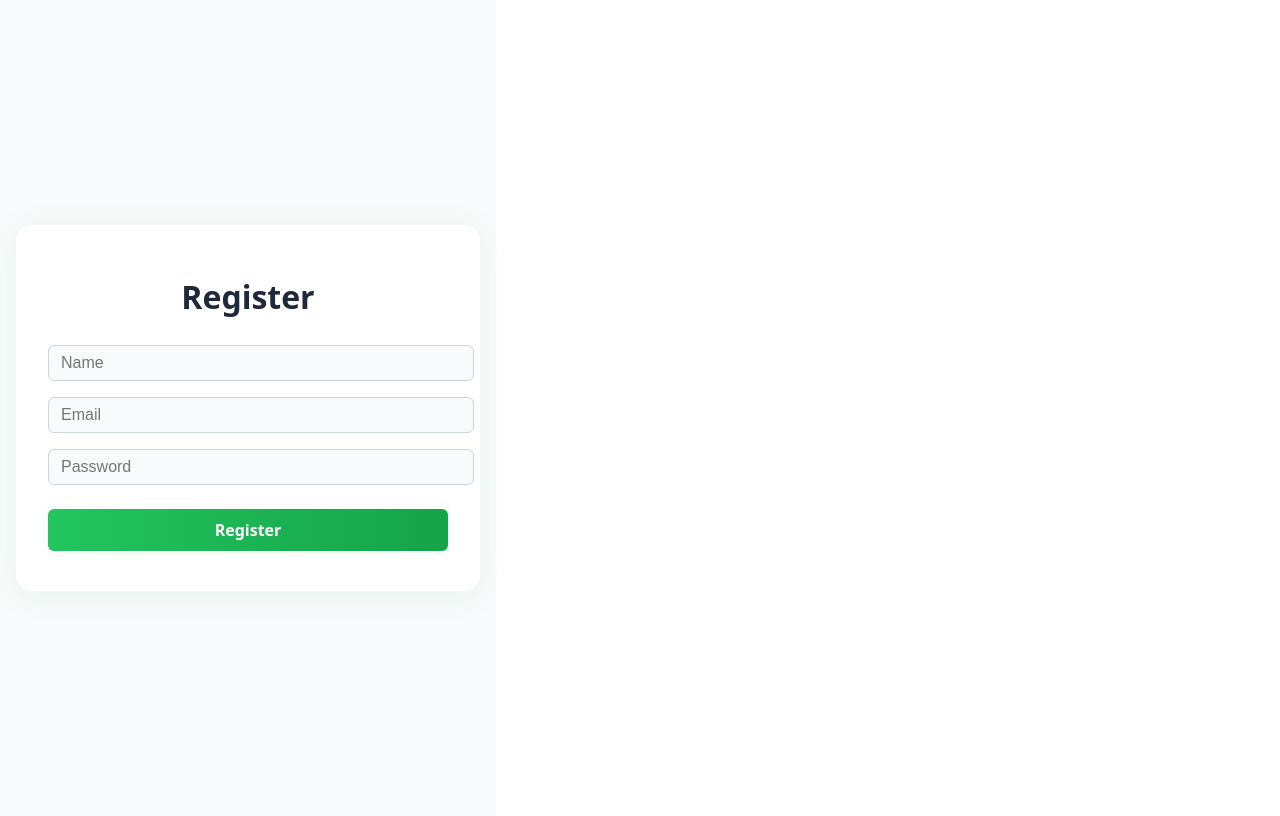
Repository: him021204/Task-Manager
Page: /register (app in client/)
These files come from the project's save history. The page is drawn as it stood at one moment and after the next save; the edit follows.
The browser window is 1280 px wide. The pictures show the whole page.
The page's requests for data from a server got no answer. The project was rebuilt for these pictures with package versions that can differ from the ones it lists, and the page was loaded fresh each time. Some packages were replaced by stand-ins written for this rebuild. No one was signed in, and anything a server would have sent is missing. Also part of the build but not shown: client/vite.config.js, client/src/pages/Dashboard.css, client/src/pages/Dashboard.jsx, client/src/pages/Login.css, client/src/pages/Login.jsx, client/src/pages/Analytics.jsx, client/src/pages/CalendarView.jsx.

Above is the page before, as saved 2025-06-15 16:57:37.

### client/src/App.jsx
import { BrowserRouter as Router, Routes, Route } from 'react-router-dom';
import { SocketProvider } from './context/SocketContext';
import { AuthProvider } from './context/AuthContext';
import Home from './pages/Home';
import Dashboard from './pages/Dashboard';
import Login from './pages/Login';
import Register from './pages/Register';
import Analytics from './pages/Analytics';
import CalendarView from './pages/CalendarView';
import { ToastContainer } from 'react-toastify';
import 'react-toastify/dist/ReactToastify.css';

const App = () => {
  // You can also remove the dark state if not needed
  // const [dark, setDark] = useState(false);
  return (
    <div className="min-h-screen bg-gray-100 text-black">
      <AuthProvider>
        <SocketProvider>
          <Router>
            <main className="pt-12 px-2 max-w-7xl mx-auto">
              <Routes>
                <Route path="/" element={<Home />} />
                <Route path="/dashboard" element={<Dashboard />} />
                <Route path="/login" element={<Login />} />
                <Route path="/register" element={<Register />} />
                <Route path="/analytics" element={<Analytics />} />
                <Route path="/calendar" element={<CalendarView />} />
              </Routes>
            </main>
          </Router>
          <ToastContainer position="top-right" autoClose={3000} />
        </SocketProvider>
      </AuthProvider>
    </div>
  );
};

export default App;

### client/src/context/SocketContext.jsx
import { createContext, useContext, useEffect } from 'react';
import { socket } from '../utils/socket';

const SocketContext = createContext();

export const SocketProvider = ({ children }) => {
  useEffect(() => {
    return () => socket.disconnect();
  }, []);

  return (
    <SocketContext.Provider value={socket}>
      {children}
    </SocketContext.Provider>
  );
};

export const useSocket = () => useContext(SocketContext);

### client/src/context/AuthContext.jsx
import { createContext, useContext, useEffect, useState } from 'react';
import axios from 'axios';

export const AuthContext = createContext();

export const AuthProvider = ({ children }) => {
  const [user, setUser] = useState(null);
  const [token, setToken] = useState(localStorage.getItem('token'));

  useEffect(() => {
    if (token) {
      axios.defaults.headers.common['Authorization'] = `Bearer ${token}`;
      setUser(JSON.parse(localStorage.getItem('user')));
    }
  }, [token]);

  const login = (data) => {
    localStorage.setItem('token', data.token);
    localStorage.setItem('user', JSON.stringify(data.user));
    setUser(data.user);
    setToken(data.token);
  };

  const logout = () => {
    localStorage.clear();
    setUser(null);
    setToken(null);
  };

  return (
    <AuthContext.Provider value={{ user, login, logout }}>
      {children}
    </AuthContext.Provider>
  );
};

export const useAuth = () => useContext(AuthContext);

### client/src/pages/Register.jsx
import { useState } from 'react';
import axios from 'axios';
import { useNavigate } from 'react-router-dom';
import './Register.css';

const Register = () => {
  const [form, setForm] = useState({ name: '', email: '', password: '' });
  const navigate = useNavigate();

  const handleSubmit = async (e) => {
    e.preventDefault();
    await axios.post('http://localhost:5000/api/auth/register', form);
    navigate('/login');
  };

  return (
    <div className="register-bg">
      <form onSubmit={handleSubmit} className="register-form">
        <h2 className="register-title">Register</h2>
        <input
          className="register-input"
          type="text"
          placeholder="Name"
          onChange={e => setForm({ ...form, name: e.target.value })}
        />
        <input
          className="register-input"
          type="email"
          placeholder="Email"
          onChange={e => setForm({ ...form, email: e.target.value })}
        />
        <input
          className="register-input"
          type="password"
          placeholder="Password"
          onChange={e => setForm({ ...form, password: e.target.value })}
        />
        <button className="register-btn" type="submit">Register</button>
      </form>
    </div>
  );
};

export default Register;

### client/src/pages/Register.css
.register-bg {
  min-height: 100vh;
  display: flex;
  align-items: center;
  justify-content: center;
  background: #f9fafb;
  padding: 3rem 1rem;
}

.register-form {
  width: 100%;
  max-width: 400px;
  background: #fff;
  border-radius: 1rem;
  box-shadow: 0 4px 32px rgba(34, 197, 94, 0.08);
  padding: 2.5rem 2rem;
  margin: 0 auto;
}

.register-title {
  margin-top: 0.5rem;
  text-align: center;
  font-size: 2rem;
  font-weight: 800;
  color: #1e293b;
  margin-bottom: 1.5rem;
}

.register-input {
  width: 100%;
  padding: 0.5rem 0.75rem;
  border: 1px solid #cbd5e1;
  border-radius: 0.375rem;
  font-size: 1rem;
  color: #1e293b;
  background: #f8fafc;
  margin-bottom: 1rem;
  transition: border 0.2s;
}

.register-input:focus {
  outline: none;
  border-color: #22c55e;
  background: #fff;
}

.register-btn {
  width: 100%;
  display: block;
  padding: 0.6rem 0;
  background: linear-gradient(90deg, #22c55e, #16a34a);
  color: #fff;
  font-weight: 600;
  font-size: 1rem;
  border: none;
  border-radius: 0.375rem;
  margin-top: 0.5rem;
  cursor: pointer;
  transition: background 0.2s, box-shadow 0.2s;
  box-shadow: 0 2px 12px rgba(34, 197, 94, 0.08);
}

.register-btn:disabled {
  background: #cbd5e1;
  cursor: not-allowed;
}

Loaded but not shown: client/index.html (common file); client/src/main.jsx (common file); client/src/index.css (common file); client/src/utils/socket.js (2 lines, source omitted); client/src/pages/Home.jsx (501 lines, source omitted)

After the next save:
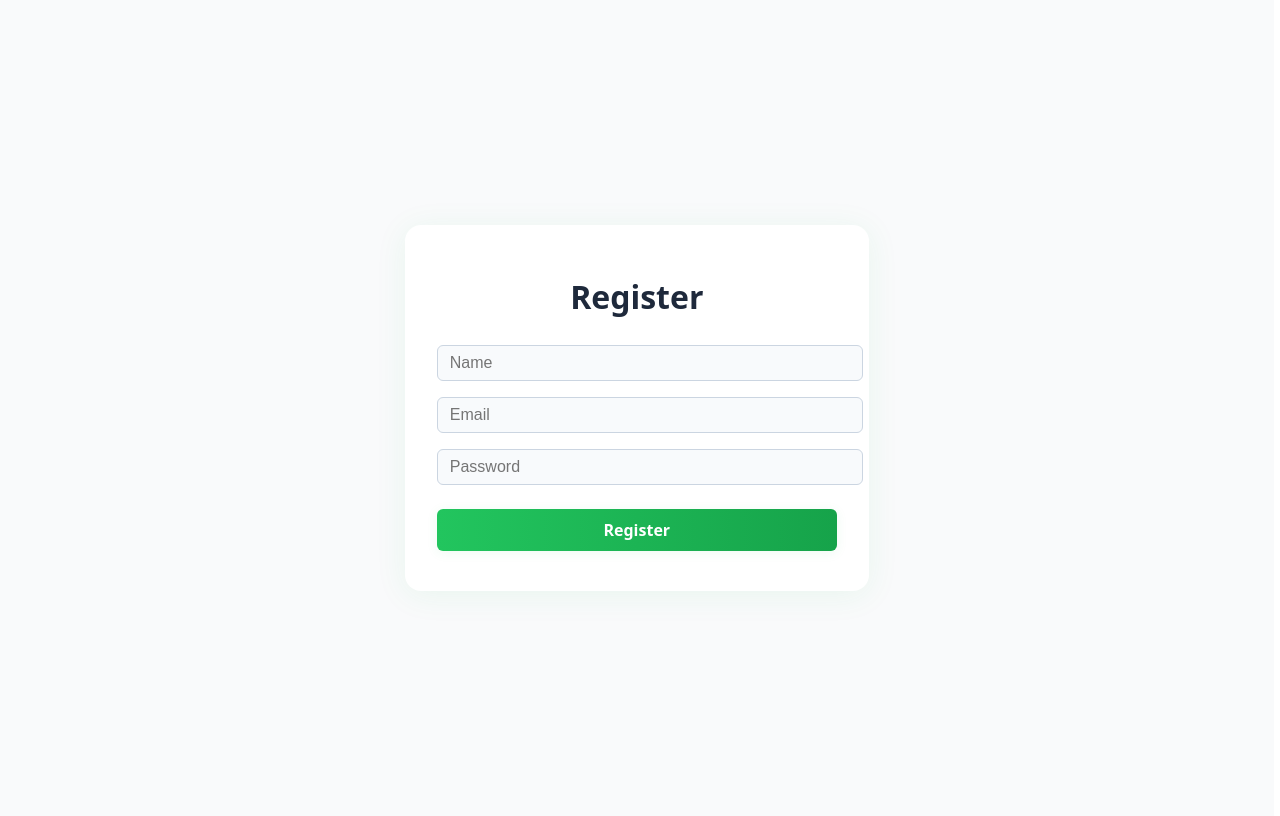
Saved 26 s later.
--- a/client/src/pages/Register.css
+++ b/client/src/pages/Register.css
@@ -1,5 +1,6 @@
 .register-bg {
   min-height: 100vh;
+  width: 97vw;
   display: flex;
   align-items: center;
   justify-content: center;
